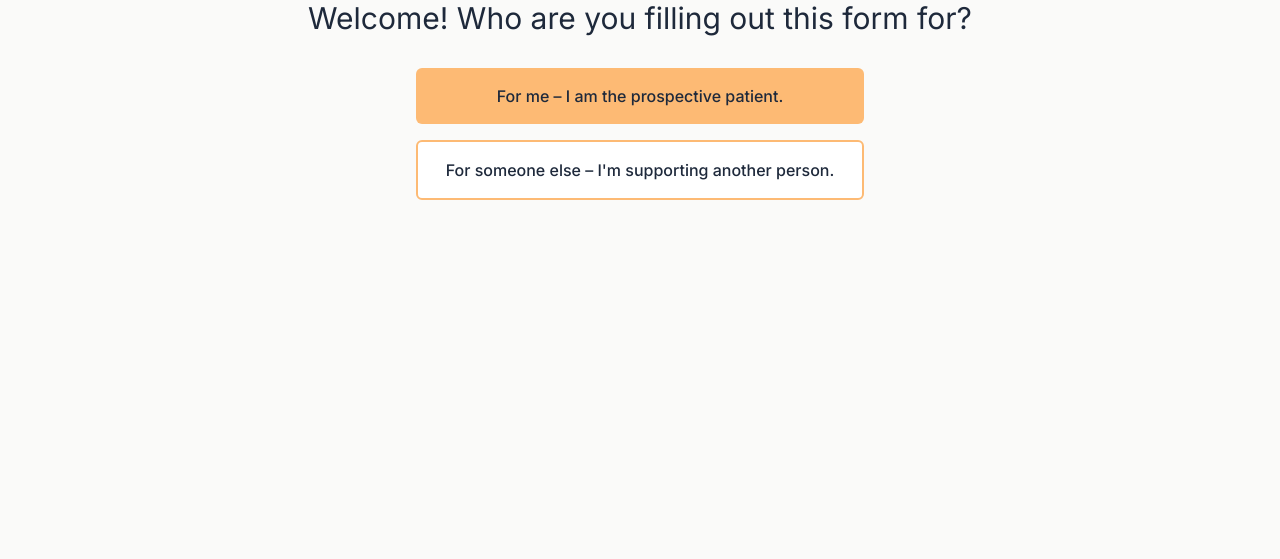
Repository: moonlitpsych/moonlit-scheduler
Page: /
The author's editor kept a copy of each file at every save. The page is drawn from the files as they stood at one save, then again after the next save.
The browser window is 1280 px wide. The pictures show the whole page.
The page's requests for data from a server got no answer. The project was rebuilt for these pictures with package versions that can differ from the ones it lists, and the page was loaded fresh each time. The framework's server and built-in components were replaced by stand-ins that run in the browser. No one was signed in, and anything a server would have sent is missing. Also part of the build but not shown: next.config.ts, src/lib/supabase.ts, src/services/payerService.ts, src/components/booking/views/PayerSearchView.tsx, src/components/booking/views/CalendarView.tsx, src/components/booking/views/InsuranceNotAcceptedView.tsx, src/components/booking/views/InsuranceFutureView.tsx, src/components/booking/views/InsuranceInfoView.tsx and 2 more.

Above is the page before, as saved 2025-07-30 14:00:17.

### src/app/layout.tsx
// src/app/layout.tsx
import type { Metadata } from 'next'
import { Inter } from 'next/font/google'
import './globals.css'

const inter = Inter({ subsets: ['latin'] })

export const metadata: Metadata = {
  title: 'Book with Moonlit Psychiatry',
  description: 'Schedule your appointment with Moonlit Psychiatry - HIPAA-compliant online booking',
}

export default function RootLayout({
  children,
}: {
  children: React.ReactNode
}) {
  return (
    <html lang="en">
      <body className={inter.className}>{children}</body>
    </html>
  )
}

### src/app/page.tsx
// src/app/page.tsx
import BookingFlow from '@/components/booking/BookingFlow'

export default function HomePage() {
  return <BookingFlow />
}

### src/app/globals.css
@tailwind base;
@tailwind components;
@tailwind utilities;

@layer base {
  html {
    font-family: 'Inter', system-ui, sans-serif;
  }

  body {
    @apply bg-stone-50 text-slate-800;
  }
}

@layer components {
  .btn-primary {
    @apply bg-orange-300 hover:bg-orange-400 text-slate-800 font-medium py-3 px-6 rounded-md transition-colors;
  }

  .btn-secondary {
    @apply border-2 border-orange-300 hover:border-orange-400 text-slate-800 font-medium py-3 px-6 rounded-md transition-colors bg-white;
  }

  .form-input {
    @apply w-full bg-white border-2 border-stone-200 rounded-md py-3 px-4 text-slate-800 placeholder-slate-500 focus:outline-none focus:border-orange-300;
  }
}

### src/components/booking/BookingFlow.tsx
// src/components/booking/BookingFlow.tsx
'use client'

import { useState } from 'react'
import { Payer, TimeSlot, PatientInfo, InsuranceInfo, ROIContact } from '@/types/database'

// Import your existing view components (DEFAULT imports - no curly braces)
import WelcomeView from './views/WelcomeView'
import PayerSearchView from './views/PayerSearchView' // Enhanced version
import CalendarView from './views/CalendarView' // Enhanced version
import InsuranceNotAcceptedView from './views/InsuranceNotAcceptedView'
import InsuranceFutureView from './views/InsuranceFutureView'
import InsuranceInfoView from './views/InsuranceInfoView'
import ROIView from './views/ROIView'
import ConfirmationView from './views/ConfirmationView'

type BookingStep =
    | 'welcome'
    | 'payer-search'
    | 'insurance-not-accepted'
    | 'insurance-future'
    | 'calendar'
    | 'insurance-info'
    | 'roi'
    | 'confirmation'

interface BookingState {
    step: BookingStep
    isForSelf: boolean
    selectedPayer?: Payer
    payerAcceptanceStatus?: 'not-accepted' | 'future' | 'active'
    selectedTimeSlot?: TimeSlot
    patientInfo?: PatientInfo
    insuranceInfo?: InsuranceInfo
    roiContacts: ROIContact[]
    appointmentId?: string
}

export default function BookingFlow() {
    const [state, setState] = useState<BookingState>({
        step: 'welcome',
        isForSelf: true,
        roiContacts: []
    })

    const updateState = (updates: Partial<BookingState>) => {
        setState(prev => ({ ...prev, ...updates }))
    }

    const goToStep = (step: BookingStep) => {
        setState(prev => ({ ...prev, step }))
    }

    // Navigation handlers
    const handleWelcomeSelection = (isForSelf: boolean) => {
        updateState({ isForSelf })
        goToStep('payer-search')
    }

    const handlePayerSelected = (payer: Payer, acceptanceStatus: BookingState['payerAcceptanceStatus']) => {
        updateState({ selectedPayer: payer, payerAcceptanceStatus: acceptanceStatus })

        // The enhanced PayerSearchView handles the animation states internally
        // and will automatically call this function after the animations complete
        switch (acceptanceStatus) {
            case 'not-accepted':
                goToStep('insurance-not-accepted')
                break
            case 'future':
                goToStep('insurance-future')
                break
            case 'active':
                goToStep('calendar')
                break
        }
    }

    const handleCashPaymentSelected = () => {
        updateState({
            selectedPayer: undefined,
            payerAcceptanceStatus: undefined
        })
        goToStep('calendar')
    }

    const handleTimeSlotSelected = (timeSlot: TimeSlot) => {
        updateState({ selectedTimeSlot: timeSlot })
        goToStep('insurance-info')
    }

    const handleInsuranceInfoComplete = (insuranceInfo: InsuranceInfo) => {
        updateState({ insuranceInfo })
        goToStep('roi')
    }

    const handleROIComplete = (roiContacts: ROIContact[]) => {
        updateState({ roiContacts })
        // TODO: Submit appointment booking to Supabase
        goToStep('confirmation')
    }

    const handleBackToInsurance = () => {
        goToStep('payer-search')
    }

    const handleBackToCalendar = () => {
        goToStep('calendar')
    }

    const handleLeadSubmitted = () => {
        // After submitting a lead for unaccepted insurance,
        // show a thank you message or redirect
        goToStep('confirmation')
    }

    const handleWaitForEffectiveDate = () => {
        // Handle waiting for insurance to become effective
        goToStep('confirmation')
    }

    const handleRestartFlow = () => {
        setState({
            step: 'welcome',
            isForSelf: true,
            roiContacts: []
        })
    }

    // Main render function
    const renderCurrentStep = () => {
        switch (state.step) {
            case 'welcome':
                return (
                    <WelcomeView onSelection={handleWelcomeSelection} />
                )

            case 'payer-search':
                return (
                    <PayerSearchView
                        onPayerSelected={handlePayerSelected}
                        onCashPayment={handleCashPaymentSelected}
                    />
                )

            case 'insurance-not-accepted':
                return (
                    <InsuranceNotAcceptedView
                        payer={state.selectedPayer!}
                        onLeadSubmitted={handleLeadSubmitted}
                        onCashPayment={handleCashPaymentSelected}
                    />
                )

            case 'insurance-future':
                return (
                    <InsuranceFutureView
                        payer={state.selectedPayer!}
                        onWaitForEffectiveDate={handleWaitForEffectiveDate}
                        onCashPayment={handleCashPaymentSelected}
                    />
                )

            case 'calendar':
                return (
                    <CalendarView
                        selectedPayer={state.selectedPayer}
                        onTimeSlotSelected={handleTimeSlotSelected}
                        onBackToInsurance={handleBackToInsurance}
                    />
                )

            case 'insurance-info':
                return (
                    <InsuranceInfoView
                        isForSelf={state.isForSelf}
                        selectedPayer={state.selectedPayer}
                        onComplete={handleInsuranceInfoComplete}
                        onBack={handleBackToCalendar}
                    />
                )

            case 'roi':
                return (
                    <ROIView
                        isForSelf={state.isForSelf}
                        onComplete={handleROIComplete}
                        onBack={() => goToStep('insurance-info')}
                    />
                )

            case 'confirmation':
                return (
                    <ConfirmationView
                        appointmentData={{
                            selectedPayer: state.selectedPayer,
                            selectedTimeSlot: state.selectedTimeSlot,
                            patientInfo: state.patientInfo,
                            insuranceInfo: state.insuranceInfo,
                            roiContacts: state.roiContacts,
                            appointmentId: state.appointmentId
                        }}
                        onRestart={handleRestartFlow}
                    />
                )

            default:
                return <div>Invalid step</div>
        }
    }

    return (
        <div className="min-h-screen">
            {/* Progress indicator (optional) */}
            {state.step !== 'welcome' && state.step !== 'confirmation' && (
                <div className="fixed top-0 left-0 right-0 z-50">
                    <div className="bg-white/80 backdrop-blur-sm border-b border-stone-200">
                        <div className="max-w-4xl mx-auto px-4 py-3">
                            <div className="flex items-center justify-between text-sm text-slate-600">
                                <div className="flex items-center space-x-4">
                                    <span className={`${['payer-search', 'insurance-not-accepted', 'insurance-future'].includes(state.step)
                                            ? 'text-orange-500 font-medium'
                                            : 'text-slate-400'
                                        }`}>
                                        1. Insurance
                                    </span>
                                    <span className={`${state.step === 'calendar'
                                            ? 'text-orange-500 font-medium'
                                            : state.selectedTimeSlot ? 'text-emerald-500' : 'text-slate-400'
                                        }`}>
                                        2. Schedule
                                    </span>
                                    <span className={`${['insurance-info', 'roi'].includes(state.step)
                                            ? 'text-orange-500 font-medium'
                                            : state.insuranceInfo ? 'text-emerald-500' : 'text-slate-400'
                                        }`}>
                                        3. Details
                                    </span>
                                </div>

                                {/* Brand */}
                                <div className="text-slate-800 font-medium">
                                    Moonlit Psychiatry
                                </div>
                            </div>
                        </div>
                    </div>
                </div>
            )}

            {/* Main content */}
            <main className={state.step !== 'welcome' && state.step !== 'confirmation' ? 'pt-16' : ''}>
                {renderCurrentStep()}
            </main>
        </div>
    )
}

### src/components/booking/views/WelcomeView.tsx
// src/components/booking/views/WelcomeView.tsx
'use client'

interface WelcomeViewProps {
    onSelection: (isForSelf: boolean) => void
}

export default function WelcomeView({ onSelection }: WelcomeViewProps) {
    return (
        <div className="max-w-2xl mx-auto">
            <div className="text-center mb-12">
                <h2 className="text-3xl font-normal text-slate-800 mb-8">
                    Welcome! Who are you filling out this form for?
                </h2>

                <div className="space-y-4">
                    <button
                        onClick={() => onSelection(true)}
                        className="block w-full max-w-md mx-auto bg-orange-300 hover:bg-orange-400 text-slate-800 font-medium py-4 px-6 rounded-md transition-colors"
                    >
                        For me – I am the prospective patient.
                    </button>

                    <button
                        onClick={() => onSelection(false)}
                        className="block w-full max-w-md mx-auto border-2 border-orange-300 hover:border-orange-400 text-slate-800 font-medium py-4 px-6 rounded-md transition-colors bg-white"
                    >
                        For someone else – I'm supporting another person.
                    </button>
                </div>
            </div>
        </div>
    )
}

### tailwind.config.js
// tailwind.config.js
/** @type {import('tailwindcss').Config} */
module.exports = {
    content: [
        './src/pages/**/*.{js,ts,jsx,tsx,mdx}',
        './src/components/**/*.{js,ts,jsx,tsx,mdx}',
        './src/app/**/*.{js,ts,jsx,tsx,mdx}',
    ],
    theme: {
        extend: {
            colors: {
                // Moonlit brand colors extracted from Figma designs
                moonlit: {
                    coral: '#D4A574', // Main coral/salmon button color
                    'coral-hover': '#C49660',
                    'coral-light': '#E8C4A0', // Lighter coral for backgrounds
                    sage: '#9CA3AF', // Neutral sage for text
                    stone: '#78716C', // Dark stone for headings
                }
            },
            fontFamily: {
                sans: ['Inter', 'system-ui', 'sans-serif'],
            },
        },
    },
    plugins: [],
}

After the next save:
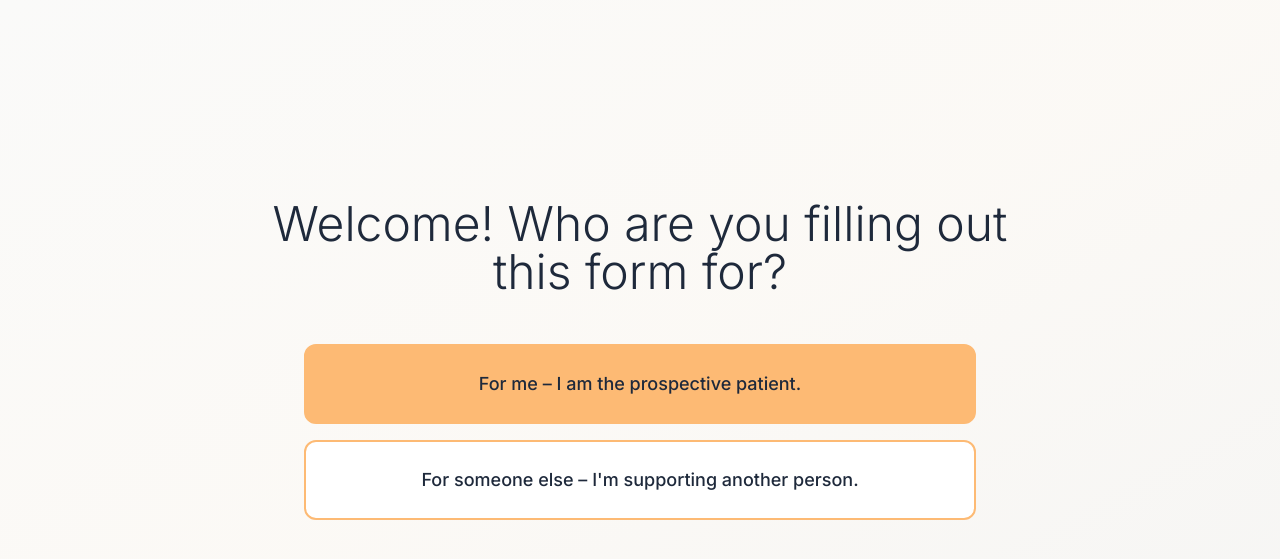
Saved 16 min 26 s later.
--- a/src/components/booking/views/WelcomeView.tsx
+++ b/src/components/booking/views/WelcomeView.tsx
@@ -7,26 +7,38 @@ interface WelcomeViewProps {
 
 export default function WelcomeView({ onSelection }: WelcomeViewProps) {
     return (
-        <div className="max-w-2xl mx-auto">
-            <div className="text-center mb-12">
-                <h2 className="text-3xl font-normal text-slate-800 mb-8">
-                    Welcome! Who are you filling out this form for?
-                </h2>
+        <div className="min-h-screen bg-gradient-to-br from-stone-50 via-orange-50/30 to-stone-100 flex items-center justify-center px-4">
+            <div className="max-w-3xl mx-auto py-20">
+                <div className="text-center">
+                    <h1 className="text-5xl font-light text-slate-800 mb-12">
+                        Welcome! Who are you filling out this form for?
+                    </h1>
 
-                <div className="space-y-4">
-                    <button
-                        onClick={() => onSelection(true)}
-                        className="block w-full max-w-md mx-auto bg-orange-300 hover:bg-orange-400 text-slate-800 font-medium py-4 px-6 rounded-md transition-colors"
-                    >
-                        For me – I am the prospective patient.
-                    </button>
+                    <div className="space-y-4 max-w-2xl mx-auto">
+                        <button
+                            onClick={() => onSelection(true)}
+                            className="
+                                w-full py-6 px-8 bg-orange-300 hover:bg-orange-400
+                                text-slate-800 font-medium text-lg rounded-xl
+                                transition-all duration-200 hover:shadow-lg hover:scale-105
+                                border-2 border-orange-300 hover:border-orange-400
+                            "
+                        >
+                            For me – I am the prospective patient.
+                        </button>
 
-                    <button
-                        onClick={() => onSelection(false)}
-                        className="block w-full max-w-md mx-auto border-2 border-orange-300 hover:border-orange-400 text-slate-800 font-medium py-4 px-6 rounded-md transition-colors bg-white"
-                    >
-                        For someone else – I'm supporting another person.
-                    </button>
+                        <button
+                            onClick={() => onSelection(false)}
+                            className="
+                                w-full py-6 px-8 bg-white hover:bg-orange-50
+                                text-slate-800 font-medium text-lg rounded-xl
+                                transition-all duration-200 hover:shadow-lg hover:scale-105
+                                border-2 border-orange-300 hover:border-orange-400
+                            "
+                        >
+                            For someone else – I'm supporting another person.
+                        </button>
+                    </div>
                 </div>
             </div>
         </div>
